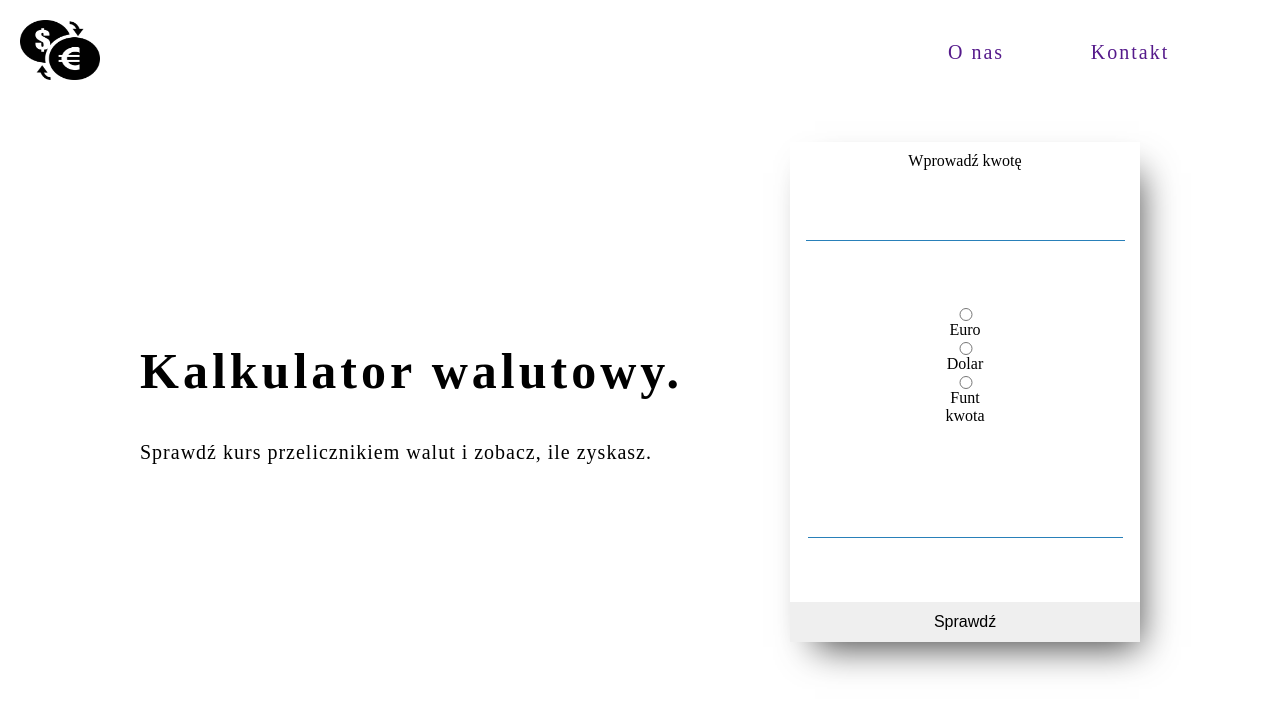
Repository: SebastianArmata22/Kalkulator-walut
Page: index.html
These files come from the project's save history. The page is drawn as it stood at one moment and after the next save; the edit follows.
The browser window is 1280 px wide. The pictures show the whole page.

Above is the page before, as saved 2020-10-23 20:25:57.

### index.html
<!DOCTYPE html>

<html>
    <head>
        <meta charset="utf-8">
        <meta http-equiv="X-UA-Compatible" content="IE=edge">
        <title>Kalkulator walut</title>
        <meta name="description" content="">
        <meta name="viewport" content="width=device-width, initial-scale=1">
        <link rel="stylesheet" href="style.css">
    </head>
    <body>

    <div class="container">
        <nav>
        <div class="menu-container">
            <div class="logo">
                <img src="./photos/logo.png">
            </div>
            <div class="menu">
                <ul>
                    <li><a href="">O nas</a></li>
                    <li><a href="">Kontakt</a></li>
                </ul>
            </div>
        </div>
        </nav>
        <section>
        <div class="main-content">
            <div class="calculator-content">
            <div class="text">
                <h1>Kalkulator walutowy<span>.</span></h1>
                <p>Sprawdź kurs przelicznikiem walut i zobacz, ile zyskasz.</p>
            </div>
            <div class="calculator">
                <label for="inputNumber" class="text-label">Wprowadź kwotę</label><br>
                <input type="text" id="inputNumber">
                <input type="radio" value="euro" id="inputEuro" name="money">
                <label for="inputEuro">Euro </label>
                <input type="radio" value="dolar" id="inputDolar" name="money">
                <label for="inputDolar">Dolar</label>
                <input type="radio" value="funt" id="inputFunt" name="money">
                <label for="inputFunt"> Funt</label>
                <label for="outputNumber"> kwota</label><br>
                <div id="outputNumber"></div>
                <button id="check">Sprawdź</button>
            </div>
        </div>
    </div>
        </section>
    </div>
        <script src="script.js" ></script>
    </body>
</html>

### style.css
body{
    margin: 0;
    padding: 0;
    box-sizing: border-box;
}
.container{
width: 100%;
}
.menu-container{
    position: relative;
    display: flex;
    align-items: center;
}
.logo img{
    position: relative;
    top: 0;
    left: 0;
    height: 60px;
    width: 80px;
    padding: 20px;
}
.menu{

    position: absolute;
    right: 0;
   margin-right: 50px;
}
.menu ul li{
    display: inline-flex;
    justify-content: space-around;
}
.menu ul li a{
    display: flex;
    text-decoration: none;
    height: 50px;
    width: 100px;
    justify-content: center;
    align-items: center;
    font-size: 20px;
    letter-spacing: 2px;
    margin-right: 50px;
}

.menu ul li a:hover{
    border-bottom: 5px solid #2980b9;
    margin-bottom: -5px;
    transition: all 0.3s ease-out;

}
.main-content{
    display: flex;
    align-items: center;
    justify-content: center;
    flex-wrap: wrap;
}
.calculator-content{
    min-width: 1000px;
    height: 80vh;
    display: flex;
    align-items: center;
    justify-content:space-between;
}
.calculator{
    display: flex;
    flex-direction: column;
    box-shadow: 12px 18px 35px -13px rgba(0,0,0,0.75);
    height: 500px;
    width: 350px;
    text-align: center;
}
.text h1{
    font-size: 50px;
    letter-spacing: 4px;
}
.text p{
    font-size: 20px;
    letter-spacing: 1px;

}
#outputNumber{
    width: 90%;
    height: 30px;
    border-bottom: 1px solid #2980b9;
    margin: auto;

}
.calculator button{
    height: 40px;
    border-style: none;
    font-size: 16px;
}
.calculator button:hover{
    background-color: #2980b9;
    color: white;
    transition: all 0.3s ease-out;
}
.calculator input[type=text]{
    border-style: none;
    height: 40px;
    border-bottom: 1px solid #2980b9;
    width: 90%;
    margin: auto;
    margin-top: 0px;
}
.text-label{
    margin: 10px;
}

Loaded but not shown: script.js (no copy from this time; the picture is the same without it)

After the next save:
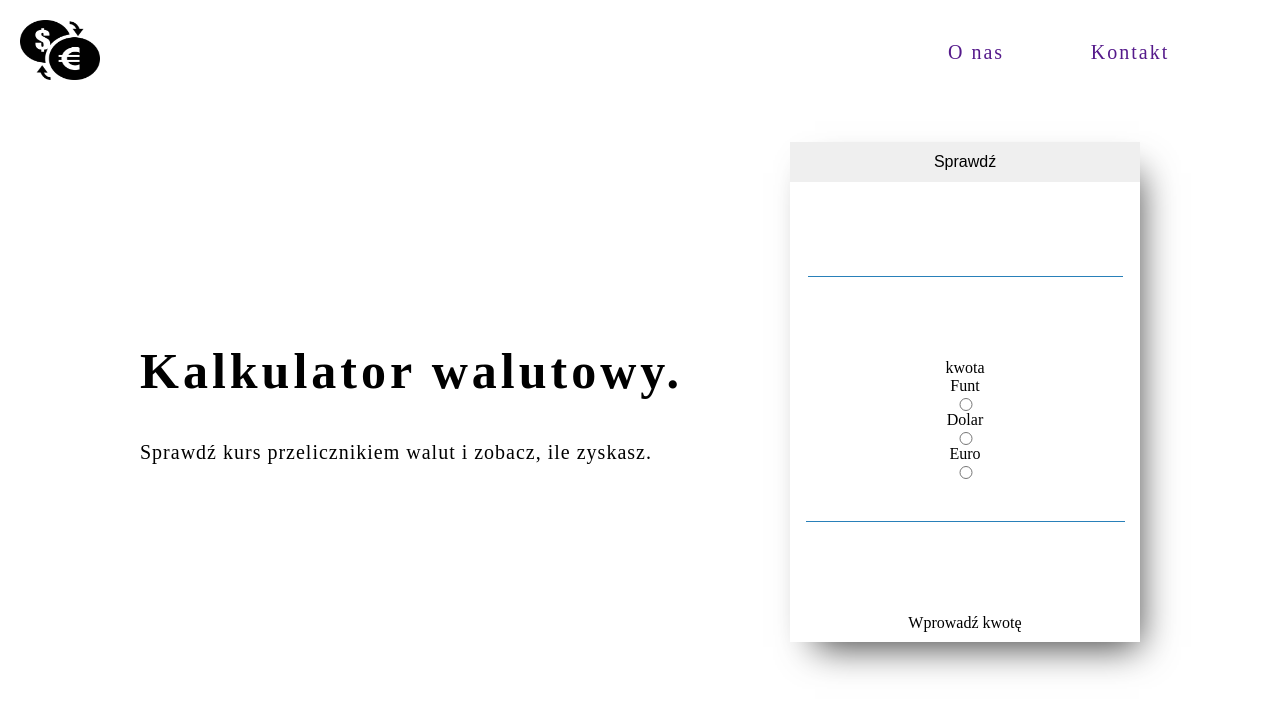
Saved 53 s later.
--- a/style.css
+++ b/style.css
@@ -62,7 +62,7 @@
 }
 .calculator{
     display: flex;
-    flex-direction: column;
+    flex-direction: column-reverse;
     box-shadow: 12px 18px 35px -13px rgba(0,0,0,0.75);
     height: 500px;
     width: 350px;

After the save that followed:
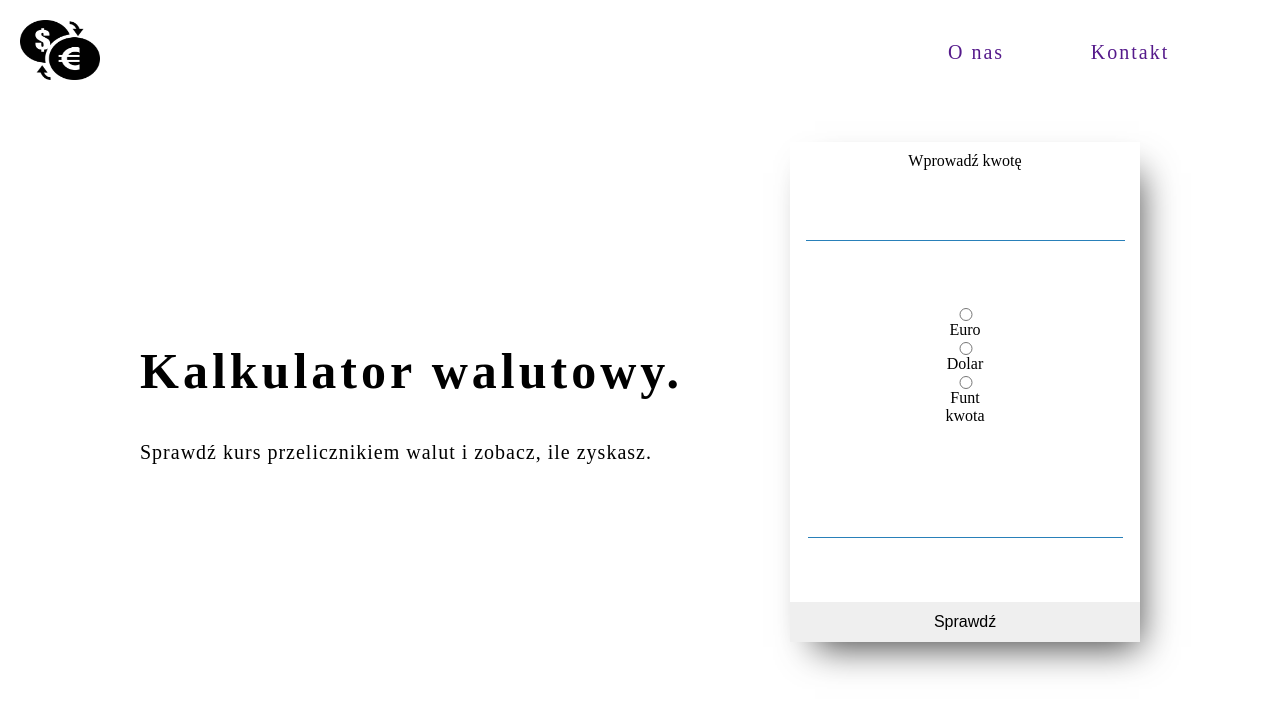
Saved 7 s later.
--- a/style.css
+++ b/style.css
@@ -62,7 +62,7 @@
 }
 .calculator{
     display: flex;
-    flex-direction: column-reverse;
+    flex-direction: column;
     box-shadow: 12px 18px 35px -13px rgba(0,0,0,0.75);
     height: 500px;
     width: 350px;
